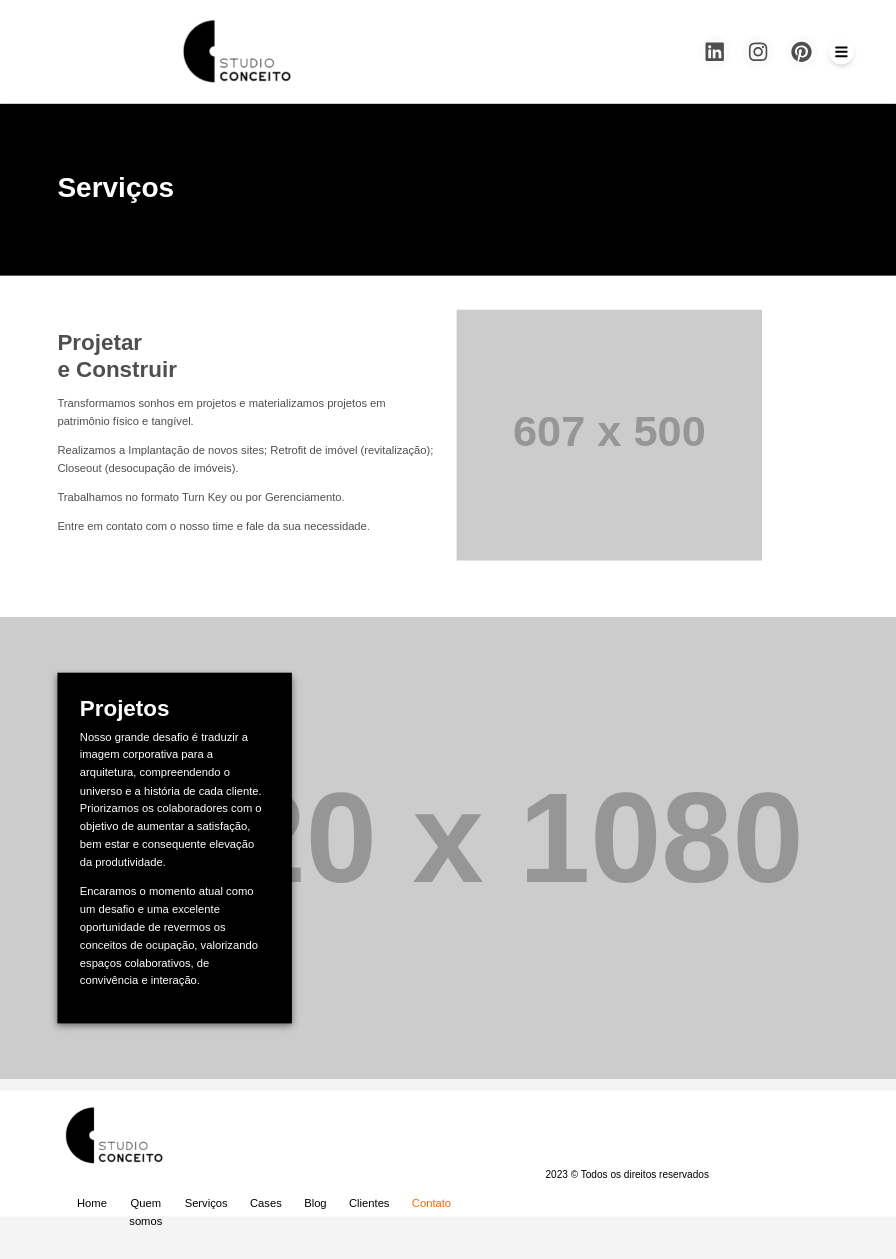
Repository: Upstairs-Agencia/studio-conceito-react
Page: /servicos
An editor plug-in stored every save of this project. The page is shown before and after the next save, followed by the edit.
The browser window is 1280 px wide. The pictures show the whole page, at 70% of full size.
The project was rebuilt for these pictures with package versions that can differ from the ones it lists, and the page was loaded fresh each time. Also part of the build but not shown: src/pages/Home.js, src/pages/QuemSomos.js, src/pages/Cases.js, src/pages/Blog.js, src/pages/Clientes.js, src/pages/Contato.js.

Above is the page before, as saved 2024-12-28 03:24:03.

After the next save:
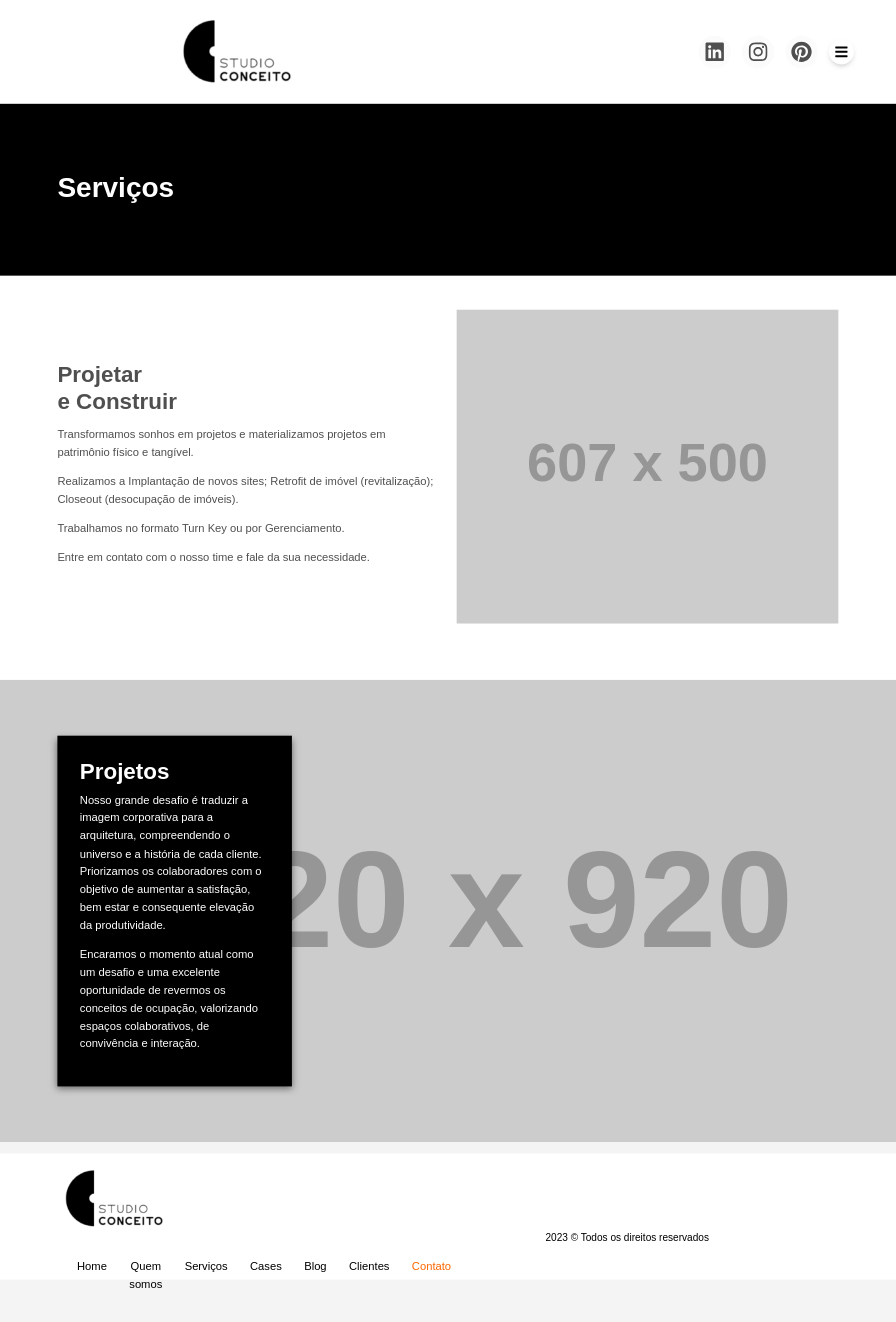
Saved 32 s later.
--- a/src/pages/Servicos.js
+++ b/src/pages/Servicos.js
@@ -4,7 +4,7 @@ import Navbar from '../components/navbar';
 import Footer from '../components/footer';
 
 const placeholderImage1 = 'https://placehold.co/607x500'; // Imagem ao lado do texto
-const placeholderImage2 = 'https://placehold.co/1920x1080'; // Imagem de fundo
+const placeholderImage2 = 'https://placehold.co/1920x920'; // Imagem de fundo
 
 const Servicos = () => {
   return (
@@ -47,7 +47,7 @@ const Servicos = () => {
               <img
                 src={placeholderImage1}
                 alt="Projetar e Construir"
-                style={{ width: '80%', height: 'auto', marginBottom: '2rem' }}
+                style={{ width: '100%', height: 'auto', marginBottom: '2rem' }}
               />
             </MDBCol>
           </MDBRow>
